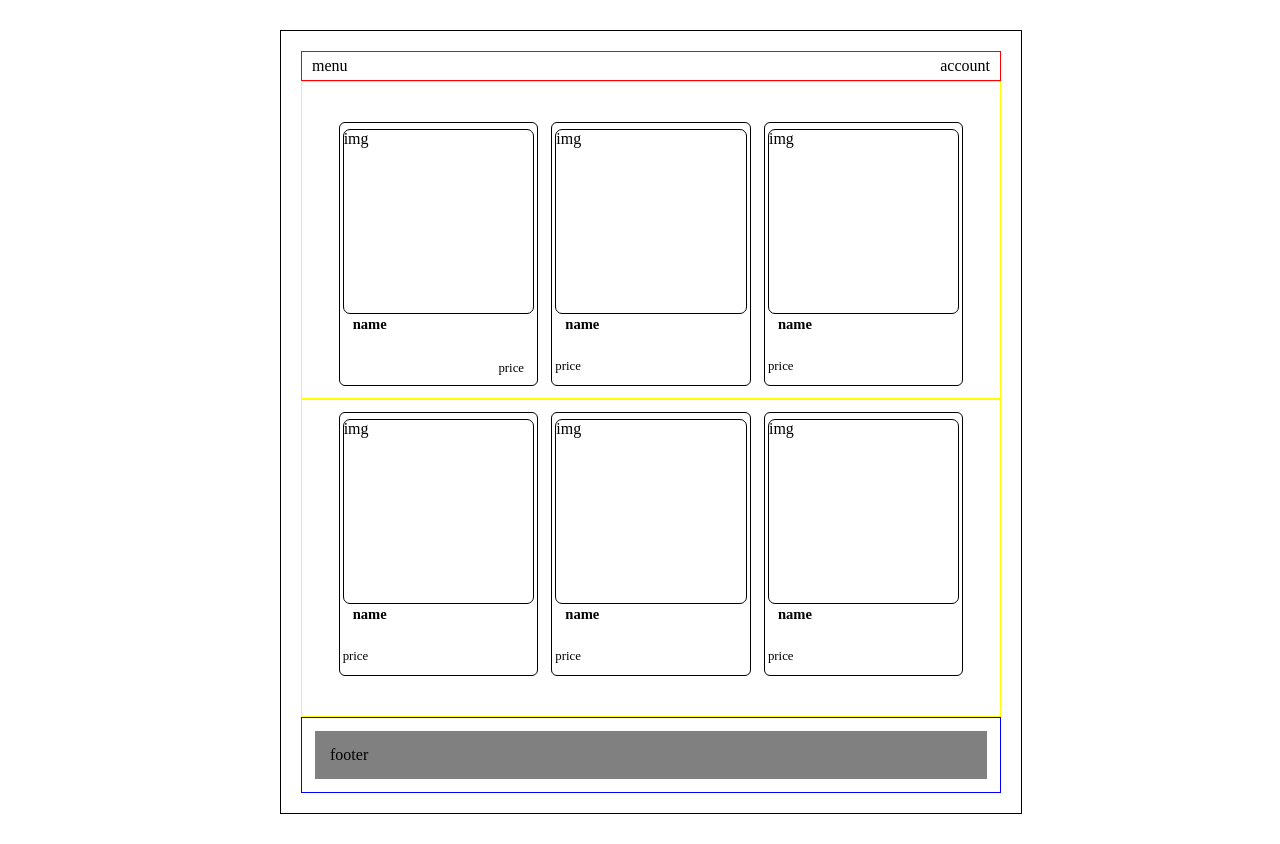
Repository: dongwoon1/cal
Page: http://localhost/calDWC/
These files come from the project's save history. The page is drawn as it stood at one moment and after the next save; the edit follows.
The browser window is 1280 px wide. The pictures show the whole page.
The page is served by Tomcat 9.

Above is the page before, as saved 2025-03-19 22:57:36.

### calProject/calDWC/src/main/webapp/index.jsp
<%@ page language="java" contentType="text/html; charset=UTF-8"
    pageEncoding="UTF-8"%>
<!DOCTYPE html>
<html>

	<head>
		<meta charset="UTF-8">
		<title>バイバイハンバイ</title>
		<link href="${pageContext.request.contextPath}/css/main.css" rel="stylesheet">
	</head>

	<body>
	 <main>

	  <header>
	   <span>menu</span>
	   <span>account</span>
	  <!--
	   <na>
	    <li>outer</li>
	    <li>shirts</li>
	    <li>pants</li>
	    <li>shoes</li>
	    <li>accessories</li>
	    <li>account</li>
	   </ul>
	    -->
	  </header>

	  <section>
	   <div class="pro">

	    <div class="product">

	     <div>
	      img
	     </div>
	     <div>
	      <h5>name</h5>
	     </div>
	     <div>
	      <span>price</span>
	     </div>

	    </div>

	    <div class="product">

	     <div>
	      img
	     </div>
	     <div>
	      <h5>name</h5>
	     </div>
	     <div>
	      price
	     </div>

	    </div>

	    <div class="product">

	     <div>
	      img
	     </div>
	     <div>
	      <h5>name</h5>
	     </div>
	     <div>
	      price
	     </div>

	    </div>

	   </div>


	   <div class="pro">

	    <div class="product">

	     <div>
	      img
	     </div>
	     <div>
	      <h5>name</h5>
	     </div>
	     <div>
	      price
	     </div>

	    </div>

	    <div class="product">

	     <div>
	      img
	     </div>
	     <div>
	      <h5>name</h5>
	     </div>
	     <div>
	      price
	     </div>

	    </div>

	    <div class="product">

	     <div>
	      img
	     </div>
	     <div>
	      <h5>name</h5>
	     </div>
	     <div>
	      price
	     </div>

	    </div>

	   </div>

	  </section>

	  <footer>
	   <div>footer</div>
	  </footer>

	 </main>
	</body>

</html>

### calProject/calDWC/src/main/webapp/css/main.css
@charset "UTF-8";

*{
	  padding: 0; margin: 0;
}
main{
    margin: 30px 280px;
    padding: 20px;
    width: 700px;
     	border: 1px solid black;
}
header{
	display: flex;
	justify-content: space-between;
	 	border: 1px solid red;
}
header span{
 	padding: 5px 10px;
}
footer{
 	padding: 13px;
  		border: 1px solid blue;
}
footer div{
 	background: gray;
    padding: 15px;
}
.pro{
 	padding: 12px 30px;
 	display: flex;
 	justify-content: space-around;
  		border: 1px solid yellow;
}
.pro:first-child{
 	padding-top: 40px;
}
.pro:last-child{
 	padding-bottom: 40px;
}
.pro div{
 	width: 30%;
  		height:250px;
}

.product{
 	padding: 6px 3px;
 	border: 1px solid black;
 	border-radius: 6px;
}
.product div{
 	width: 100%;
}
.product div:first-child{
 	width: 99%;
 	height: 73%;
 	border: 1px solid black;
 	border-radius: 7px;
}
.product div:nth-child(2){
 	height: 18%;
 	font-size: 110%;
}
.product div:last-child{
 	height: 9%;
 	font-size: 80%;
}

.product h5, .product span{
 	padding: 2px 10px;
}
.product span{
 	text-align: right;
 	display: block;
}

After the next save:
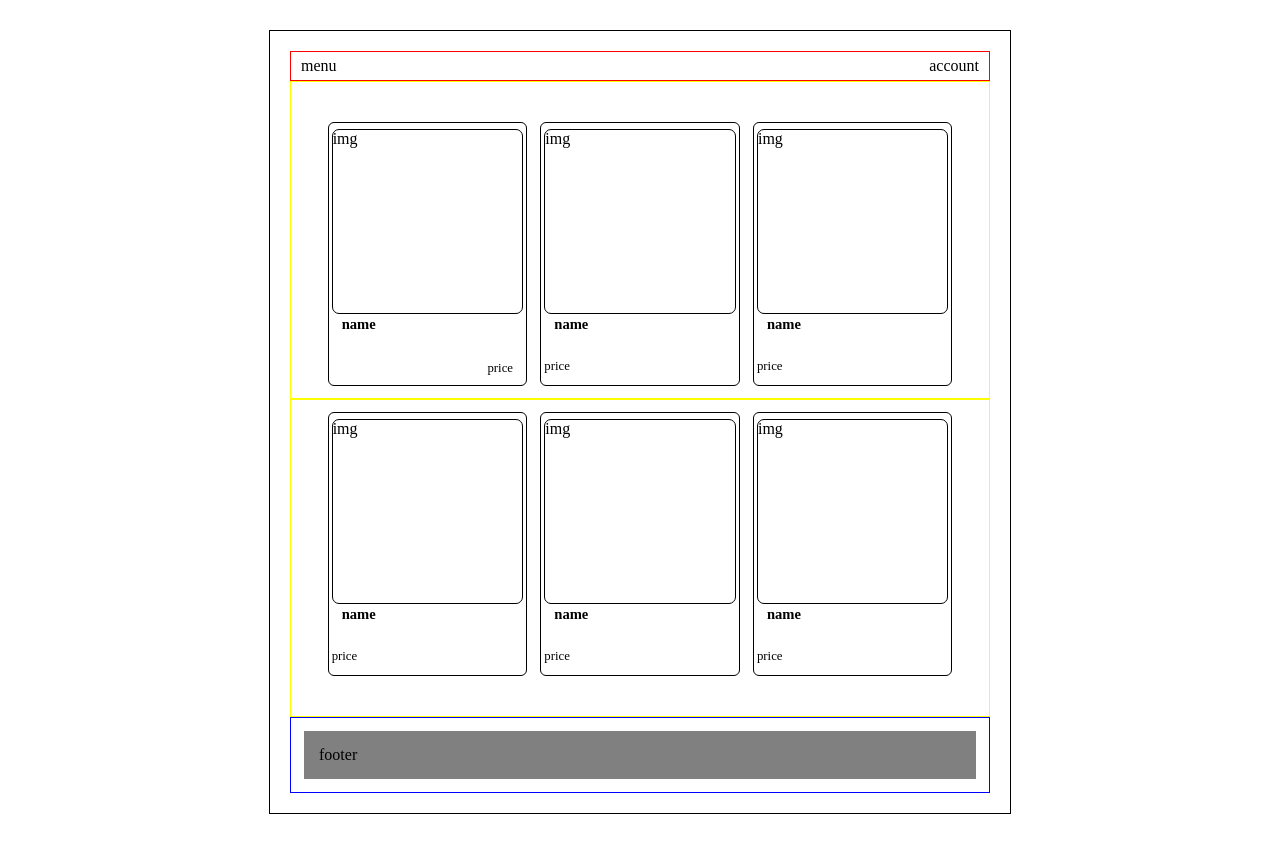
Saved 49 s later.
--- a/calProject/calDWC/src/main/webapp/css/main.css
+++ b/calProject/calDWC/src/main/webapp/css/main.css
@@ -4,7 +4,7 @@
 	  padding: 0; margin: 0;
 }
 main{
-    margin: 30px 280px;
+    margin: 30px auto;
     padding: 20px;
     width: 700px;
      	border: 1px solid black;
